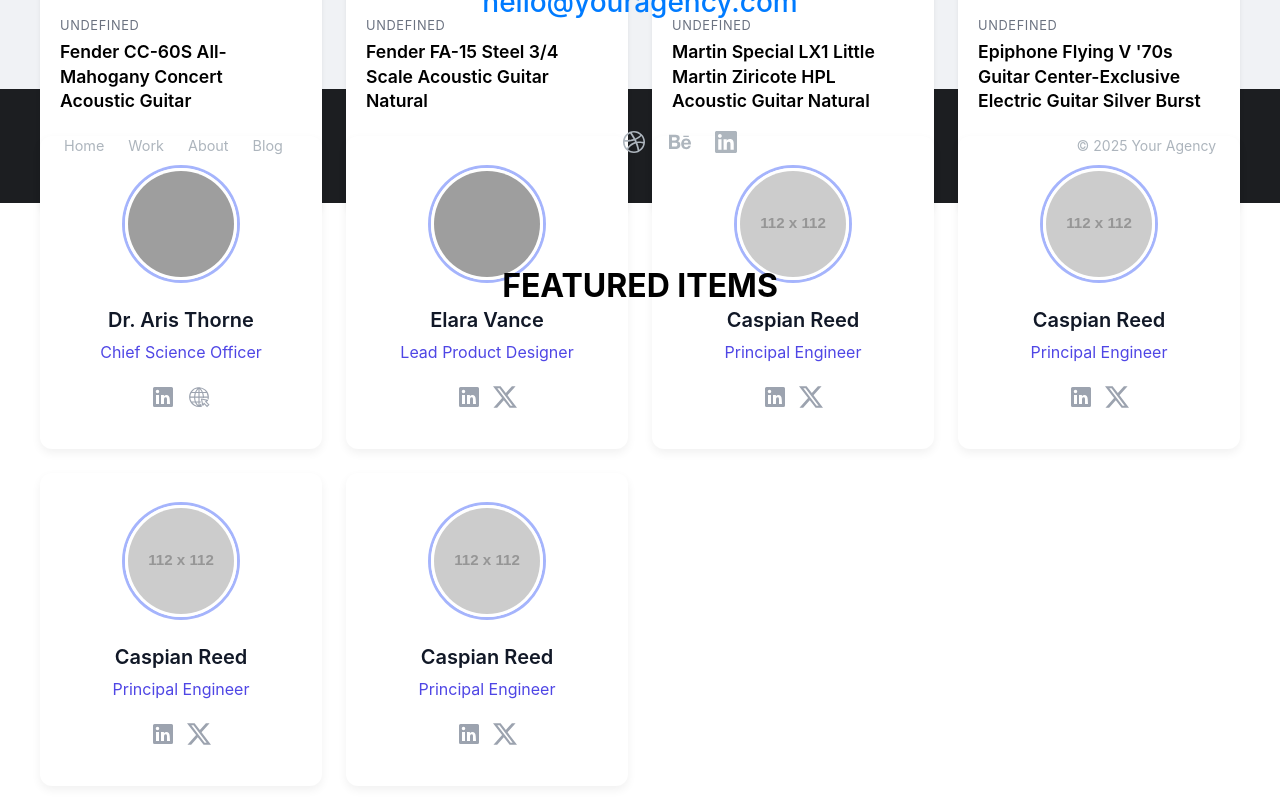
Repository: rywkoo/guitar-mart
Page: http://localhost/
The author's editor kept a copy of each file at every save. The page is drawn from the files as they stood at one save, then again after a run of saves.
The browser window is 1280 px wide. The pictures show the part of the page from y = 1697 to 2507 px (the page is 2507 px tall).
Pictures or frames that could not be fetched are drawn as grey boxes. The page is served by the project's application, run on Flask 3 (app.py). Other server files are loaded and not shown. The page reads the database file committed with the project.

Above is the page before, as saved 2025-10-28 13:23:38.

### templates/home.html
{% extends "base.html" %}
{% block title %}Home - Mini Mart{% endblock %}

{% block content %}
<style>
    :root {
        /*
            Using an image from picsum.photos for demonstration.
            Replace with your own image.
        */
        --psh-bg-image: url('https://picsum.photos/id/1015/1600/1200');
        --psh-min-height: 90vh;
        --psh-padding: 0rem 0rem;
        --psh-text-color: #ffffff;
        --psh-overlay-color: rgba(17, 24, 39, 0.5);
        --psh-cta-bg: #fff;
        --psh-cta-text-color: #111827;
        --psh-cta-hover-bg: #f3f4f6;
    }
    .parallax-hero {
        box-sizing: border-box;
        font-family: ui-sans-serif, system-ui, -apple-system, BlinkMacSystemFont, "Segoe UI", Roboto, "Helvetica Neue", Arial, "Noto Sans", sans-serif, "Apple Color Emoji", "Segoe UI Emoji", "Segoe UI Symbol", "Noto Color Emoji";
        min-height: var(--psh-min-height);
        padding: var(--psh-padding);
        width: 100%;
        position: relative;
        display: flex;
        justify-content: center;
        align-items: center;
        text-align: center;
        background-image: var(--psh-bg-image);
        background-position: center 0;
        background-repeat: no-repeat;
        background-size: cover;
        margin-top: -100px;
    }
    .parallax-hero::before {
        content: '';
        position: absolute;
        top: 0; left: 0; right: 0; bottom: 0;
        background-color: var(--psh-overlay-color);
        z-index: 1;
    }
    .parallax-hero * {
         box-sizing: border-box;
    }
    .psh-content {
        position: relative;
        z-index: 2;
        max-width: 900px;
        color: var(--psh-text-color);
    }
    .psh-content .title {
        font-size: clamp(2.5rem, 6vw, 4.5rem);
        font-weight: 800;
        line-height: 1.1;
        margin: 0 0 1rem;
        text-shadow: 0 2px 4px rgba(0,0,0,0.2);
    }
    .psh-content .subtitle {
        font-size: clamp(1.1rem, 3vw, 1.25rem);
        margin: 0 0 2rem;
        max-width: 700px;
        margin-left: auto;
        margin-right: auto;
    }
    .psh-content .cta {
        display: inline-block;
        background-color: var(--psh-cta-bg);
        color: var(--psh-cta-text-color);
        padding: 0.9rem 2.2rem;
        border-radius: 8px;
        border: none;
        font-size: 1.05rem;
        font-weight: 600;
        text-decoration: none;
        cursor: pointer;
        transition: background-color 0.3s ease;
    }
    .psh-content .cta:hover {
        background-color: var(--psh-cta-hover-bg);
    }

    /* Extra content section for demonstrating the scroll effect */
    .scroll-demo-content {
        height: 100vh; /* Ensures a lot of scroll space */
        padding: 4rem 1.5rem;
        background-color: #fff;
        color: #111827;
    }
    .scroll-demo-content p {
        max-width: 700px;
        margin: 0 auto 1rem;
        line-height: 1.6;
    }

    /* === Grid Container for the Cards === */
    .cards-grid-container {
        display: grid;
        grid-template-columns: repeat(auto-fill, minmax(280px, 1fr));
        gap: 1.5rem;
        padding: 1.5rem;
    }

    /* === Product Card Styles === */
    .product-card {
        --product-card-radius: 12px;
        --product-card-shadow: 0 4px 6px -1px rgba(0,0,0,0.07), 0 2px 4px -2px rgba(0,0,0,0.07);

        background-color: #ffffff;
        border-radius: var(--product-card-radius);
        box-shadow: var(--product-card-shadow);
        overflow: hidden;
        display: flex;
        flex-direction: column;
        transition: box-shadow 0.2s ease, transform 0.2s ease;
    }

    .product-card:hover {
        transform: translateY(-5px);
        box-shadow: 0 10px 15px -3px rgba(0,0,0,0.1), 0 4px 6px -4px rgba(0,0,0,0.1);
    }

    .product-card a.product-card-link {
        text-decoration: none;
        color: inherit;
    }

    /* Image container */
    .product-card-image-container {
        position: relative;
        background-color: #f3f4f6; /* Fallback for transparent images */
    }

    .product-card-image {
        width: 100%;
        height: 300px;
        object-fit: cover;
        display: block;
    }

    /* Product details */
    .product-card-content {
        padding: 1rem 1.25rem;
        display: flex;
        flex-direction: column;
        flex-grow: 1; /* Pushes footer to the bottom */
    }

    .product-card-category {
        font-size: 0.8rem;
        color: #6b7280;
        text-transform: uppercase;
        letter-spacing: 0.05em;
        margin-bottom: 0.25rem;
    }

    .product-card-title {
        font-size: 1.1rem;
        font-weight: 600;
        line-height: 1.4;
        margin: 0;
    }

    /* Price and Action button footer */
    .product-card-footer {
        display: flex;
        justify-content: space-between;
        align-items: center;
        padding: 1rem 1.25rem;
        border-top: 1px solid #f3f4f6;
        margin-top: 1rem;
    }

    .product-card-price {
        font-size: 1.2rem;
        font-weight: 700;
        color: #111827;
    }

    .product-card-cta {
        background-color: #1f2937;
        color: #ffffff;
        font-size: 0.9rem;
        font-weight: 500;
        border: none;
        border-radius: 8px;
        padding: 0.6rem 1rem;
        cursor: pointer;
        transition: background-color 0.2s ease;
    }

    .product-card-cta:hover {
        background-color: #374151;
    }

</style>

<!--
======================================================================
  HTML
  - Place this in your <body> where you want the component to appear.
======================================================================
-->
<section class="parallax-hero" id="parallax-hero-section">
    <div class="psh-content">
        <h1 class="title">A New Perspective</h1>
        <p class="subtitle">Our innovative approach redefines industry standards, creating solutions that are both powerful and elegant.</p>
        <a href="#" role="button" class="cta">Learn More About Us</a>
    </div>
</section>


<h1 class="title" style="
        position: relative;
        z-index: 2;
        color: black;
        text-align: center;
        ">
        FEATURED ITEMS

    </h1>



<div class="cards-grid-container" id="product-list"></div>

<script>
  async function loadProducts() {
    try {
      const response = await fetch("http://127.0.0.1:5000/api/products");
      const products = await response.json();

      const container = document.getElementById("product-list");
      container.innerHTML = "";

      products.forEach(product => {
        const card = `
          <article class="product-card">
              <a href="#" class="product-card-link">
                  <div class="product-card-image-container">
                      <img src="${product.image_url}" alt="${product.name}" class="product-card-image">
                  </div>
                  <div class="product-card-content">
                      <span class="product-card-category">${product.category}</span>
                      <h3 class="product-card-title">${product.name}</h3>
                  </div>
              </a>
              <footer class="product-card-footer">
                  <span class="product-card-price">$${product.price.toFixed(2)}</span>
                  <button type="button" class="product-card-cta">Add to Cart</button>
              </footer>
          </article>
        `;
        container.insertAdjacentHTML("beforeend", card);
      });
    } catch (err) {
      console.error("Error loading products:", err);
    }
  }

  // Load products when the page opens
  loadProducts();
</script>


<h1 class="title" style="
        position: relative;
        z-index: 2;
        color: black;
        text-align: center;
        ">
        FEATURED ITEMS

    </h1>

<div class="cards-grid-container" style="margin-top: -220px;">

    <!-- Card 1 -->
    <article class="tm-card">
        <!-- Image from picsum.photos. Replace with your own. -->
        <img class="tm-card-avatar" src="https://picsum.photos/id/64/112/112" alt="Profile photo of Dr. Aris Thorne.">
        <h3 class="tm-card-name">Dr. Aris Thorne</h3>
        <p class="tm-card-role">Chief Science Officer</p>
        <div class="tm-card-socials">
            <a href="#" class="tm-card-social-link" aria-label="LinkedIn">
                <svg xmlns="http://www.w3.org/2000/svg" viewBox="0 0 24 24" fill="currentColor"><path d="M20.5 2h-17A1.5 1.5 0 002 3.5v17A1.5 1.5 0 003.5 22h17a1.5 1.5 0 001.5-1.5v-17A1.5 1.5 0 0020.5 2zM8 19H5v-9h3zM6.5 8.25A1.75 1.75 0 118.25 6.5 1.75 1.75 0 016.5 8.25zM19 19h-3v-4.74c0-1.42-.6-1.93-1.38-1.93A1.74 1.74 0 0013 14.19a.66.66 0 000 .14V19h-3v-9h2.9v1.3a3.11 3.11 0 012.7-1.4c1.55 0 3.1 1.16 3.1 3.99z" /></svg>
            </a>
            <a href="#" class="tm-card-social-link" aria-label="Website">
                <svg xmlns="http://www.w3.org/2000/svg" viewBox="0 0 24 24" stroke-width="1.125" stroke="currentColor" fill="none">
                <path d="M14.974,20.895A9.322,9.322,0,1,1,21.322,12.056a13.965,13.965,0,0,1-.274,2.25 M14.197,19.162A17.625,17.625,0,0,1,12,21.262 M12,2.625A12.802,12.802,0,0,1,16.339,11.25a12.776,12.776,0,0,1,.034,1.819 M12,2.625A12.784,12.784,0,0,0,7.616,12.172c0,6.075,2.73,7.875,4.372,9.09 M3.889,7.462L20.156,7.462 M12,2.621L12,21.262 M4.144,17.055L13.89,17.055 M2.678,12.172L21.322,11.944 M20.089,21.375L21.75,19.71l-3-3,1.706-1.091a.142.142,0,0,0-.045-.262L14.678,14.014a.146.146,0,0,0-.172.172L15.75,20.028a.146.146,0,0,0,.266.049L17.089,18.375Z"/>
                </svg>
            </a>
        </div>
    </article>

    <!-- Card 2 -->
    <article class="tm-card">
        <!-- Image from picsum.photos. Replace with your own. -->
        <img class="tm-card-avatar" src="https://picsum.photos/id/342/112/112" alt="Profile photo of Elara Vance.">
        <h3 class="tm-card-name">Elara Vance</h3>
        <p class="tm-card-role">Lead Product Designer</p>
        <div class="tm-card-socials">
            <a href="#" class="tm-card-social-link" aria-label="LinkedIn">
                <svg xmlns="http://www.w3.org/2000/svg" viewBox="0 0 24 24" fill="currentColor"><path d="M20.5 2h-17A1.5 1.5 0 002 3.5v17A1.5 1.5 0 003.5 22h17a1.5 1.5 0 001.5-1.5v-17A1.5 1.5 0 0020.5 2zM8 19H5v-9h3zM6.5 8.25A1.75 1.75 0 118.25 6.5 1.75 1.75 0 016.5 8.25zM19 19h-3v-4.74c0-1.42-.6-1.93-1.38-1.93A1.74 1.74 0 0013 14.19a.66.66 0 000 .14V19h-3v-9h2.9v1.3a3.11 3.11 0 012.7-1.4c1.55 0 3.1 1.16 3.1 3.99z" /></svg>
            </a>
            <a href="#" class="tm-card-social-link" aria-label="X">
                <svg xmlns="http://www.w3.org/2000/svg" viewBox="0 0 24 24" fill="currentColor"><path d="M18.901 1.153h3.68l-8.04 9.19L24 22.846h-7.406l-5.8-7.584-6.638 7.584H.474l8.6-9.83L0 1.154h7.594l5.243 6.932ZM17.61 20.644h2.039L6.486 3.24H4.298Z"/></svg>
            </a>
        </div>
    </article>

    <!-- Card 3 -->
    <article class="tm-card">
        <!-- Image by placehold.co. Replace with your own. -->
        <img class="tm-card-avatar" src="https://placehold.co/112x112/666/fff/png?text=CR" alt="Profile photo of Caspian Reed.">
        <h3 class="tm-card-name">Caspian Reed</h3>
        <p class="tm-card-role">Principal Engineer</p>
        <div class="tm-card-socials">
            <a href="#" class="tm-card-social-link" aria-label="LinkedIn">
                <svg xmlns="http://www.w3.org/2000/svg" viewBox="0 0 24 24" fill="currentColor"><path d="M20.5 2h-17A1.5 1.5 0 002 3.5v17A1.5 1.5 0 003.5 22h17a1.5 1.5 0 001.5-1.5v-17A1.5 1.5 0 0020.5 2zM8 19H5v-9h3zM6.5 8.25A1.75 1.75 0 118.25 6.5 1.75 1.75 0 016.5 8.25zM19 19h-3v-4.74c0-1.42-.6-1.93-1.38-1.93A1.74 1.74 0 0013 14.19a.66.66 0 000 .14V19h-3v-9h2.9v1.3a3.11 3.11 0 012.7-1.4c1.55 0 3.1 1.16 3.1 3.99z" /></svg>
            </a>
             <a href="#" class="tm-card-social-link" aria-label="X">
                <svg xmlns="http://www.w3.org/2000/svg" viewBox="0 0 24 24" fill="currentColor"><path d="M18.901 1.153h3.68l-8.04 9.19L24 22.846h-7.406l-5.8-7.584-6.638 7.584H.474l8.6-9.83L0 1.154h7.594l5.243 6.932ZM17.61 20.644h2.039L6.486 3.24H4.298Z"/></svg>
            </a>
        </div>
    </article>

        <!-- Card 3 -->
    <article class="tm-card">
        <!-- Image by placehold.co. Replace with your own. -->
        <img class="tm-card-avatar" src="https://placehold.co/112x112/666/fff/png?text=CR" alt="Profile photo of Caspian Reed.">
        <h3 class="tm-card-name">Caspian Reed</h3>
        <p class="tm-card-role">Principal Engineer</p>
        <div class="tm-card-socials">
            <a href="#" class="tm-card-social-link" aria-label="LinkedIn">
                <svg xmlns="http://www.w3.org/2000/svg" viewBox="0 0 24 24" fill="currentColor"><path d="M20.5 2h-17A1.5 1.5 0 002 3.5v17A1.5 1.5 0 003.5 22h17a1.5 1.5 0 001.5-1.5v-17A1.5 1.5 0 0020.5 2zM8 19H5v-9h3zM6.5 8.25A1.75 1.75 0 118.25 6.5 1.75 1.75 0 016.5 8.25zM19 19h-3v-4.74c0-1.42-.6-1.93-1.38-1.93A1.74 1.74 0 0013 14.19a.66.66 0 000 .14V19h-3v-9h2.9v1.3a3.11 3.11 0 012.7-1.4c1.55 0 3.1 1.16 3.1 3.99z" /></svg>
            </a>
             <a href="#" class="tm-card-social-link" aria-label="X">
                <svg xmlns="http://www.w3.org/2000/svg" viewBox="0 0 24 24" fill="currentColor"><path d="M18.901 1.153h3.68l-8.04 9.19L24 22.846h-7.406l-5.8-7.584-6.638 7.584H.474l8.6-9.83L0 1.154h7.594l5.243 6.932ZM17.61 20.644h2.039L6.486 3.24H4.298Z"/></svg>
            </a>
        </div>
    </article>

        <!-- Card 3 -->
    <article class="tm-card">
        <!-- Image by placehold.co. Replace with your own. -->
        <img class="tm-card-avatar" src="https://placehold.co/112x112/666/fff/png?text=CR" alt="Profile photo of Caspian Reed.">
        <h3 class="tm-card-name">Caspian Reed</h3>
        <p class="tm-card-role">Principal Engineer</p>
        <div class="tm-card-socials">
            <a href="#" class="tm-card-social-link" aria-label="LinkedIn">
                <svg xmlns="http://www.w3.org/2000/svg" viewBox="0 0 24 24" fill="currentColor"><path d="M20.5 2h-17A1.5 1.5 0 002 3.5v17A1.5 1.5 0 003.5 22h17a1.5 1.5 0 001.5-1.5v-17A1.5 1.5 0 0020.5 2zM8 19H5v-9h3zM6.5 8.25A1.75 1.75 0 118.25 6.5 1.75 1.75 0 016.5 8.25zM19 19h-3v-4.74c0-1.42-.6-1.93-1.38-1.93A1.74 1.74 0 0013 14.19a.66.66 0 000 .14V19h-3v-9h2.9v1.3a3.11 3.11 0 012.7-1.4c1.55 0 3.1 1.16 3.1 3.99z" /></svg>
            </a>
             <a href="#" class="tm-card-social-link" aria-label="X">
                <svg xmlns="http://www.w3.org/2000/svg" viewBox="0 0 24 24" fill="currentColor"><path d="M18.901 1.153h3.68l-8.04 9.19L24 22.846h-7.406l-5.8-7.584-6.638 7.584H.474l8.6-9.83L0 1.154h7.594l5.243 6.932ZM17.61 20.644h2.039L6.486 3.24H4.298Z"/></svg>
            </a>
        </div>
    </article>

        <!-- Card 3 -->
    <article class="tm-card">
        <!-- Image by placehold.co. Replace with your own. -->
        <img class="tm-card-avatar" src="https://placehold.co/112x112/666/fff/png?text=CR" alt="Profile photo of Caspian Reed.">
        <h3 class="tm-card-name">Caspian Reed</h3>
        <p class="tm-card-role">Principal Engineer</p>
        <div class="tm-card-socials">
            <a href="#" class="tm-card-social-link" aria-label="LinkedIn">
                <svg xmlns="http://www.w3.org/2000/svg" viewBox="0 0 24 24" fill="currentColor"><path d="M20.5 2h-17A1.5 1.5 0 002 3.5v17A1.5 1.5 0 003.5 22h17a1.5 1.5 0 001.5-1.5v-17A1.5 1.5 0 0020.5 2zM8 19H5v-9h3zM6.5 8.25A1.75 1.75 0 118.25 6.5 1.75 1.75 0 016.5 8.25zM19 19h-3v-4.74c0-1.42-.6-1.93-1.38-1.93A1.74 1.74 0 0013 14.19a.66.66 0 000 .14V19h-3v-9h2.9v1.3a3.11 3.11 0 012.7-1.4c1.55 0 3.1 1.16 3.1 3.99z" /></svg>
            </a>
             <a href="#" class="tm-card-social-link" aria-label="X">
                <svg xmlns="http://www.w3.org/2000/svg" viewBox="0 0 24 24" fill="currentColor"><path d="M18.901 1.153h3.68l-8.04 9.19L24 22.846h-7.406l-5.8-7.584-6.638 7.584H.474l8.6-9.83L0 1.154h7.594l5.243 6.932ZM17.61 20.644h2.039L6.486 3.24H4.298Z"/></svg>
            </a>
        </div>
    </article>

</div>

<!--
======================================================================
  JavaScript
  - Place this right before your closing </body> tag.
======================================================================
-->
<script>
(function() {
    const parallaxSection = document.getElementById('parallax-hero-section');
    if (!parallaxSection) return;

    // --- Configuration ---
    const parallaxSpeed = 0.5; // Set speed factor. 0.5 means it scrolls at half the speed.
    // --- End Configuration ---

    window.addEventListener('scroll', function() {
        const offset = window.pageYOffset;
        parallaxSection.style.backgroundPositionY = offset * parallaxSpeed + 'px';
    });
})();
</script>
{% endblock %}

### app.py
from flask import Flask, render_template
from extensions import db, migrate, jwt
from config import Config

# Import blueprints
from routes.auth import auth_bp
from routes.products import products_bp
from routes.categories import categories_bp
from routes.cart import cart_bp
from routes.invoices import invoices_bp
from routes.admin import admin_bp

app = Flask(__name__)
app.config.from_object(Config)

# Initialize extensions
db.init_app(app)
migrate.init_app(app, db)
jwt.init_app(app)

# Register blueprints
app.register_blueprint(auth_bp, url_prefix="/api/auth")
app.register_blueprint(products_bp, url_prefix="/api/products")
app.register_blueprint(categories_bp, url_prefix="/api/categories")
app.register_blueprint(cart_bp, url_prefix="/api/cart")
app.register_blueprint(invoices_bp, url_prefix="/api/invoices")
app.register_blueprint(admin_bp)

@app.route("/test-product")
def test_product():
    return render_template("test_product.html")

@app.route("/register-page")
def register_page():
    return render_template("register.html")

@app.route("/login")
def login_page():
    return render_template("login.html")

@app.route("/admin/dashboard")
def dashboard_page():
    return render_template("admin/dashboard.html")

@app.route("/")
def home_page():
    return render_template("home.html")

if __name__ == "__main__":
    app.run(debug=True)

### routes/products.py
from flask import Blueprint, request, jsonify, current_app
from extensions import db
from models import Product
from flask_jwt_extended import jwt_required, get_jwt
import os

products_bp = Blueprint("products", __name__)

@products_bp.route("/", methods=["GET"])
def get_products():
    products = Product.query.all()
    result = []
    for p in products:
        result.append({
            "id": p.id,
            "name": p.name,
            "price": float(p.price),
            "stock": p.stock,
            "image": p.image,
            "category_id": p.category_id
        })
    return jsonify(result)


@products_bp.route("/", methods=["POST"])
@jwt_required()
def add_product():
    claims = get_jwt()
    role = claims.get("role", "user")

    if role != "admin":
        return jsonify({"error": "Admin access required"}), 403

    data = request.form
    image_file = request.files.get("image")
    filename = None
    if image_file:
        filename = image_file.filename
        image_file.save(os.path.join(current_app.config["UPLOAD_FOLDER"], filename))

    product = Product(
        name=data["name"],
        price=float(data["price"]),
        stock=int(data["stock"]),
        category_id=int(data["category_id"]),
        image=filename
    )
    db.session.add(product)
    db.session.commit()
    return jsonify({"id": product.id, "name": product.name})

### instance/mini_mart.db (the tables this page reads, as SQL)
CREATE TABLE product (
	id INTEGER NOT NULL, 
	name VARCHAR(100) NOT NULL, 
	price FLOAT NOT NULL, 
	stock INTEGER NOT NULL, 
	image VARCHAR(100), 
	category_id INTEGER NOT NULL, 
	PRIMARY KEY (id), 
	FOREIGN KEY(category_id) REFERENCES category (id)
);
INSERT INTO "product" VALUES
(2, 'Gibson Noel Gallagher Les Paul Standard Electric Guitar - Ebony', 2999.0, 10, 'M22580000001000-00-264x264.webp', 1),
(3, ' Squier x Hello Kitty Stratocaster Electric Guitar - White', 579.99, 10, 'M15190000002000-00-264x264.webp', 1),
(4, 'Gibson Les Paul Special Double-Cut Electric Guitar - TV Yellow', 1999.0, 10, 'M19488000001000-00-264x264.webp', 1),
(5, 'Mitchell Launch D75S Starter Dreadnought Acoustic Guitar Natural', 79.99, 10, 'M19758000001000-00-264x264.webp', 2),
(6, ' Fender CC-60S All-Mahogany Concert Acoustic Guitar', 209.99, 10, 'L84142000001000-00-264x264.webp', 2),
(7, ' Fender FA-15 Steel 3/4 Scale Acoustic Guitar Natural', 149.99, 10, 'L83870000001000-00-264x264.webp', 2),
(8, ' Martin Special LX1 Little Martin Ziricote HPL Acoustic Guitar Natural', 409.99, 100, 'M13884000001000-00-264x264.webp', 2),
(9, 'Epiphone Flying V ''70s Guitar Center-Exclusive Electric Guitar Silver Burst', 123.0, 123, 'M14333000001000-00-264x264.webp', 1);

Loaded but not shown: templates/base.html (396 lines, source omitted)

After the next 2 saves:
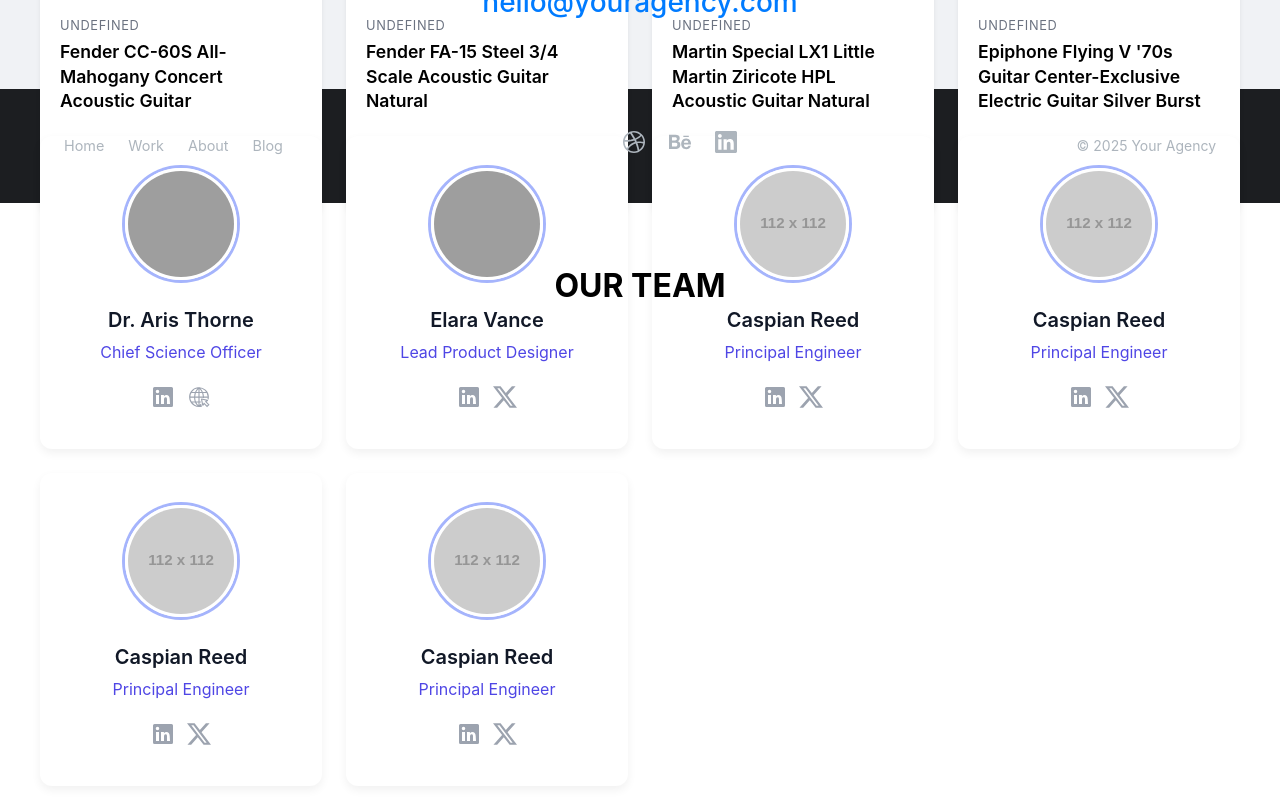
The 2 saves are shown as one change because they came seconds apart.
The last was saved 12 s later.
--- a/templates/home.html
+++ b/templates/home.html
@@ -270,7 +270,7 @@
         color: black;
         text-align: center;
         ">
-        FEATURED ITEMS
+        OUR TEAM
 
     </h1>
 
